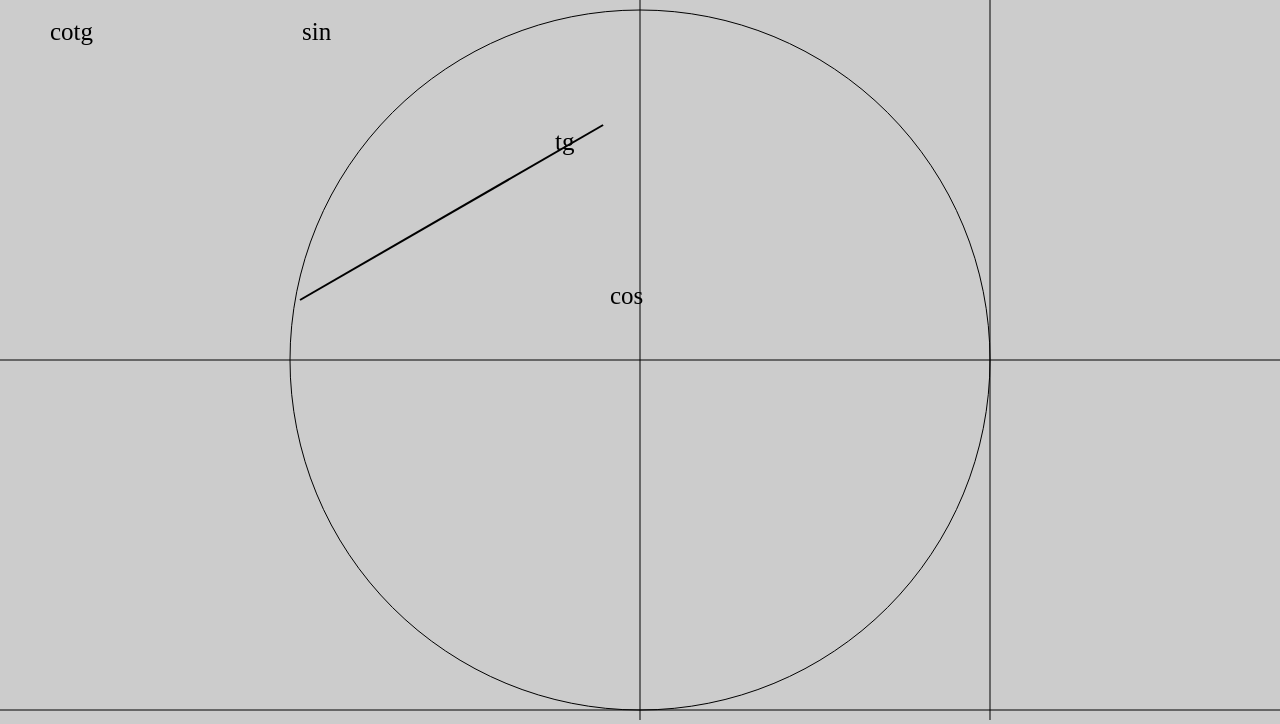
Repository: BraynStorm/braynstorm.github.io
Page: http://localhost/
An editor plug-in stored every save of this project. The page is shown before and after the next save, followed by the edit.
The browser window is 1280 px wide. The pictures show the whole page.
The page is run by PHP 8.4 with error messages shown; the project is at /var/www/html/.

Above is the page before, as saved 2015-02-24 15:49:58.

### JSDrawing/index.php
<!DOCTYPE html>
<html>
	<head>
		<meta charset="UTF-8">
		<title>Insert title here</title>
		<link rel="stylesheet" type="text/css" href="main.css"/>
		<script type="text/javascript" src="js/jquery-2.1.3.min.js"></script>
		<script type="text/javascript" src="js/swgDrawing.js"></script>

	</head>
	<body>
		<div id="content">
			<svg width="1000" height="1000">
				<circle id="mainCircle" cx="300" cy="300" r="250" fill="none" stroke="black" />
				<line x1="300" y1="0" x2="300" y2="600" style="stroke:rgb(0,0,0);stroke-width:1;" id="sinLine" />
				<line x1="0" y1="300" x2="600" y2="300" style="stroke:rgb(0,0,0);stroke-width:1;" id="cosLine" />

				<line x1="550" y1="0" x2="550" y2="600" style="stroke:rgb(0,0,0);stroke-width:1;" id="tgLine" />
				<line x1="0" y1="50" x2="600" y2="50" style="stroke:rgb(0,0,0);stroke-width:1;" id="cotgLine" />

				<text x="610" y="304" style="font-size:25px;">cos</text>
				<text x="302" y="40" style="font-size:25px;">sin</text>
				<text x="555" y="150" style="font-size:25px;">tg</text>
				<text x="50" y="40" style="font-size:25px;">cotg</text>


				<!--  THE ANGLE -->

				<line id="angle" x1="300" y1="300" x2="0" y2="0" style="stroke:rgb(0,0,0);stroke-width:2;" />


			</svg>

			<input type="text" value="30" id="angleBox" />
		</div>
	</body>
</html>

### JSDrawing/main.css
@CHARSET "UTF-8";

body{
	background-color: #CCC;
	padding: 0;
	margin: 0;
	overflow: hidden;
}

svg{
	margin-top: 0px;
}

#angleBox{
	position: fixed;
	bottom: 10px;
}

### JSDrawing/js/swgDrawing.js
$(document).ready(function (){
	var box = $("#angleBox");
	var beginX = window.innerWidth/2;
	var beginY = window.innerHeight/2;


	var radius = 350;

	var svg = $('svg');

	var circle = $('#mainCircle');

	var sinLine = $("#sinLine");
	var cosLine = $("#cosLine");
	var tgLine = $("#tgLine");
	var cotgLine = $("#cotgLine");

	svg.css({
		width:  window.innerWidth,
		height: window.innerHeight
	});

	circle.attr({
		cx : beginX,
		cy : beginY,
		r : radius
	});

	sinLine.attr({
		x1: beginX,
		y1: 0,
		x2: beginX,
		y2: window.innerHeight
	});


	cosLine.attr({
		x1: 0,
		y1: beginY,
		x2: window.innerWidth,
		y2: beginY
	});


	tgLine.attr({
		x1: beginX + radius,
		y1: 0,
		x2: beginX + radius,
		y2: window.innerHeight
	});

	cotgLine.attr({
		x1: 0,
		y1: beginY + radius,
		x2: window.innerWidth,
		y2: beginY + radius
	});



	var angle = 0;


	var animator;
	animateAngle();

	function animateAngle(){
		var toAngle = parseInt(box.val());

		if(angle-toAngle > 0){
			angle -= 1;
		}else if (angle-toAngle < 0){
			angle += 1;
		}else{

		}
		var radians = (Math.PI * 2) * (angle % 360) / 360 ;

		x = 300 + (Math.cos(radians) * radius);
		y = 300 - (Math.sin(radians) * radius);


		$("#angle").attr("x2", x);
		$("#angle").attr("y2", y);

		animator = setTimeout(animateAngle, 10/Math.abs(angle-toAngle));
	}

});

Loaded but not shown: JSDrawing/js/jquery-2.1.3.min.js (library)

After the next save:
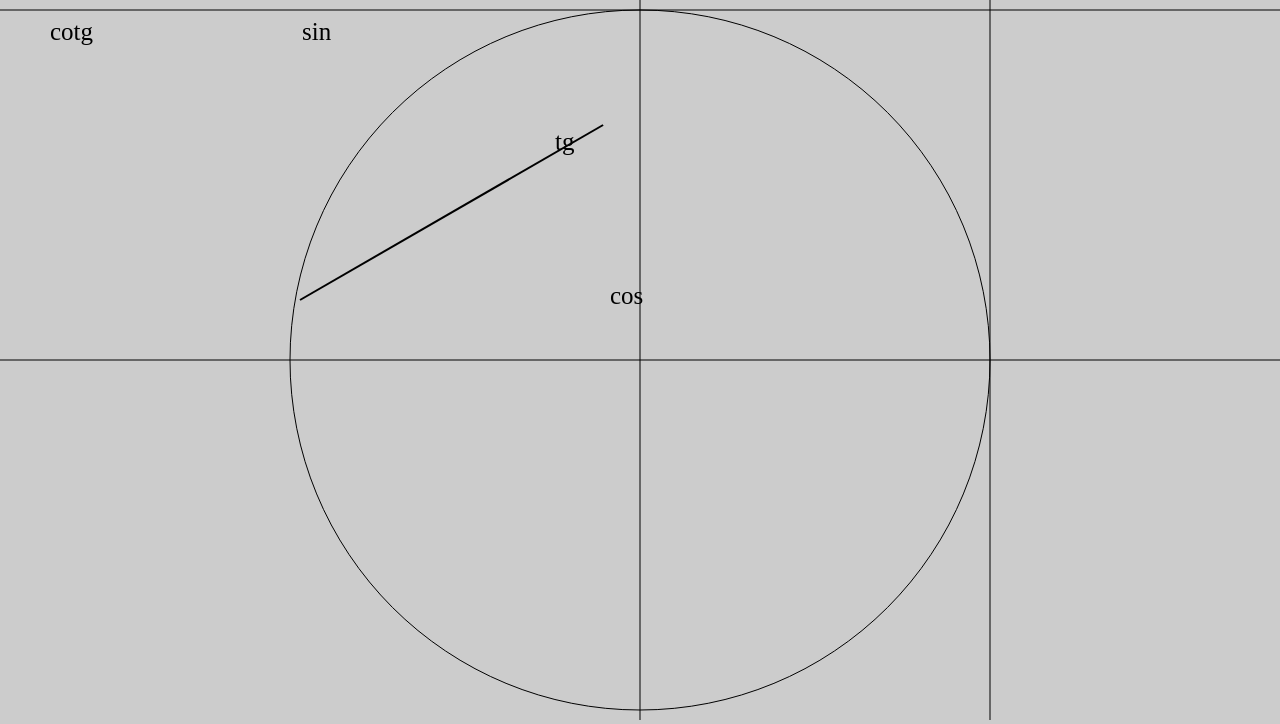
Saved 7 s later.
--- a/JSDrawing/js/swgDrawing.js
+++ b/JSDrawing/js/swgDrawing.js
@@ -51,9 +51,9 @@ $(document).ready(function (){
 
 	cotgLine.attr({
 		x1: 0,
-		y1: beginY + radius,
+		y1: beginY - radius,
 		x2: window.innerWidth,
-		y2: beginY + radius
+		y2: beginY - radius
 	});
 
 
